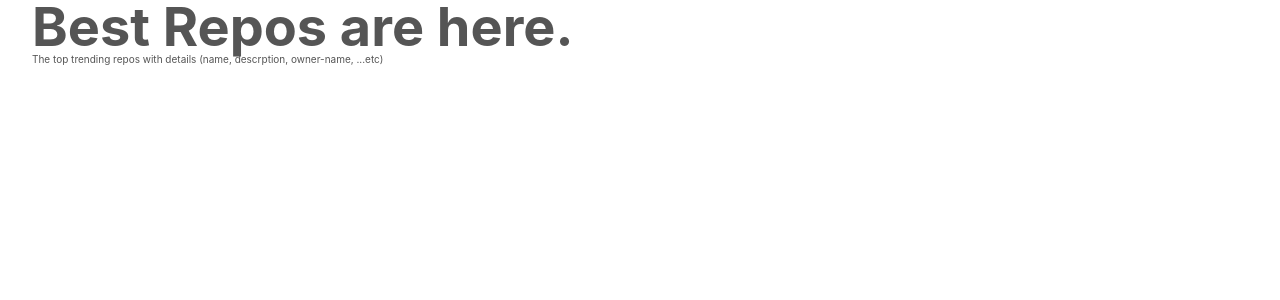
Repository: MoRamdan11/Trending-repos-challenge
Page: /
An editor plug-in stored every save of this project. The page is shown before and after the next save, followed by the edit.
The browser window is 1280 px wide. The pictures show the whole page.
The project was rebuilt for these pictures with package versions that can differ from the ones it lists, and the page was loaded fresh each time. Also part of the build but not shown: src/App.css, src/components/test.js.

Above is the page before, as saved 2021-08-31 20:57:34.

### public/index.html
<!DOCTYPE html>
<html lang="en">
  <head>
    <meta charset="utf-8" />
    <link rel="icon" href="%PUBLIC_URL%/favicon.ico" />
    <meta name="viewport" content="width=device-width, initial-scale=1" />
    <meta name="theme-color" content="#000000" />
    <meta
      name="description"
      content="Web site created using create-react-app"
    />
    <link rel="apple-touch-icon" href="%PUBLIC_URL%/logo192.png" />
    <link rel="manifest" href="%PUBLIC_URL%/manifest.json" />
    <title>React App</title>
    <link
      href="https://fonts.googleapis.com/css2?family=Rubik:wght@400;500;600;700&display=swap"
      rel="stylesheet"
    />
    <link rel="stylesheet" href="style.css" />
  </head>
  <body>
    <noscript>You need to enable JavaScript to run this app.</noscript>
    <div id="root"></div>
  </body>
</html>

### src/App.js
import "./App.css";
import {
  BrowserRouter,
  Route,
  Switch,
  Link,
  NavLink,
  Router,
} from "react-router-dom";
import Test from "./components/test";
import Hero from "./components/Hero/hero.js";
function App() {
  return (
    <BrowserRouter>
      <div>
        <Switch>
          <Route path="/" component={Hero} exact={true} />
        </Switch>
      </div>
    </BrowserRouter>
  );
}

export default App;

### src/components/Hero/hero.js
import React from "react";
import "./hero.css";
const Hero = () => {
  return (
    <div className="hero-container" style={{ margin: "0 auto" }}>
      <h1 className="hero-header">Best Repos are here.</h1>
      <p>
        The top trending repos with details (name, descrption, owner-name,
        ...etc)
      </p>
    </div>
  );
};

export default Hero;

### src/components/Hero/hero.css
.hero-container {
  max-width: 130rem;
  margin: 0 auto;
  /*padding left-rigt to give some space when screen become smaller*/
  padding: 0 3.2rem;
}

.hero-header {
  font-size: 5.4rem;
  font-weight: 700;
}

### public/style.css
* {
  margin: 0;
  padding: 0;
  box-sizing: border-box;
}

html {
  font-size: 62.5%;
}

body {
  font-family: "Rubik", sans-serif;
  line-height: 1;
  font-weight: 400;
  color: #555;
}

/* .container {
  padding: 9.6rem 0;
} */
/*
--- 01 TYPOGRAPHY SYSTEM

- Font sizes (px)
10 / 12 / 14 / 16 / 18 / 20 / 24 / 30 / 36 / 44 / 52 / 62 / 74 / 86 / 98

- Font weights
Default: 400
Medium: 500
Semi-bold: 600
Bold: 700

- Line heights
Default: 1
Small: 1.05
Medium: 1.2
Paragraph default: 1.6

- Letter spacing
-0.5px
0.75px

--- 02 COLORS
- primary: #f06595
-Tints:#f9c1d5
-Shades:
-Accents:
-Greys:
#333

*/

Loaded but not shown: src/index.js (common file); src/index.css (common file); src/reportWebVitals.js (common file)

After the next save:
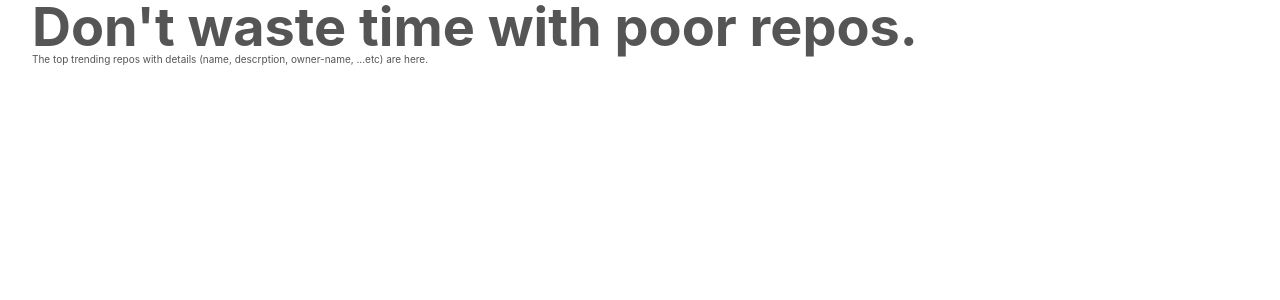
Saved 82 s later.
--- a/src/components/Hero/hero.js
+++ b/src/components/Hero/hero.js
@@ -3,10 +3,10 @@
 const Hero = () => {
   return (
     <div className="hero-container" style={{ margin: "0 auto" }}>
-      <h1 className="hero-header">Best Repos are here.</h1>
+      <h1 className="hero-header">Don't waste time with poor repos.</h1>
       <p>
         The top trending repos with details (name, descrption, owner-name,
-        ...etc)
+        ...etc) are here.
       </p>
     </div>
   );
